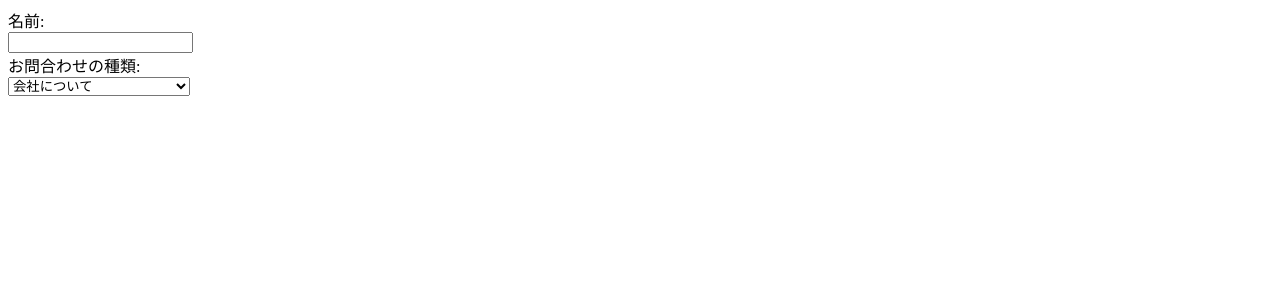
Repository: yukisu18/test
Page: http://localhost/Hello_Servlet/inquiry.jsp
The author's editor kept a copy of each file at every save. The page is drawn from the files as they stood at one save, then again after the next save.
The browser window is 1280 px wide. The pictures show the whole page.
The page is served by Tomcat 9.

Above is the page before, as saved 2018-12-14 10:19:58.

After the next save:
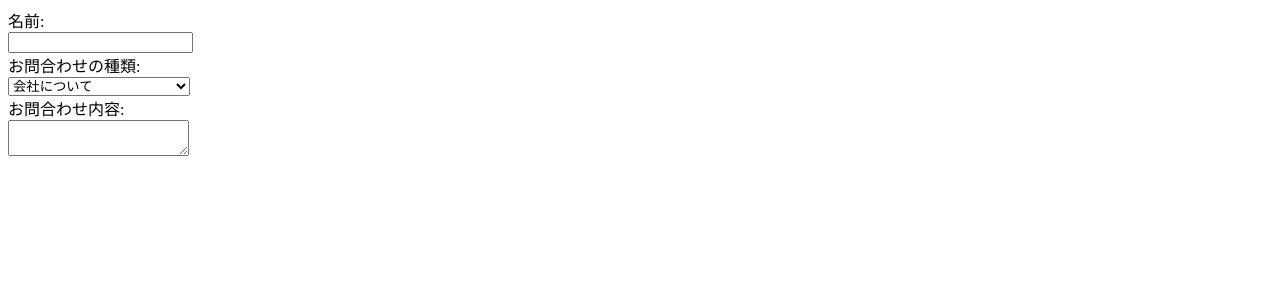
Saved 44 s later.
--- a/HelloServlet/Hello Servlet/WebContent/inquiry.jsp
+++ b/HelloServlet/Hello Servlet/WebContent/inquiry.jsp
@@ -13,7 +13,9 @@
 <option value="company">会社について</option>
 <option value="product">製品について</option>
 <option value="support">アフターサポートについて</option>
-</select>
+</select> <br>お問合わせ内容:<br>
+<textarea name="body">
+</textarea>
 </form>
 </body>
 </html>
